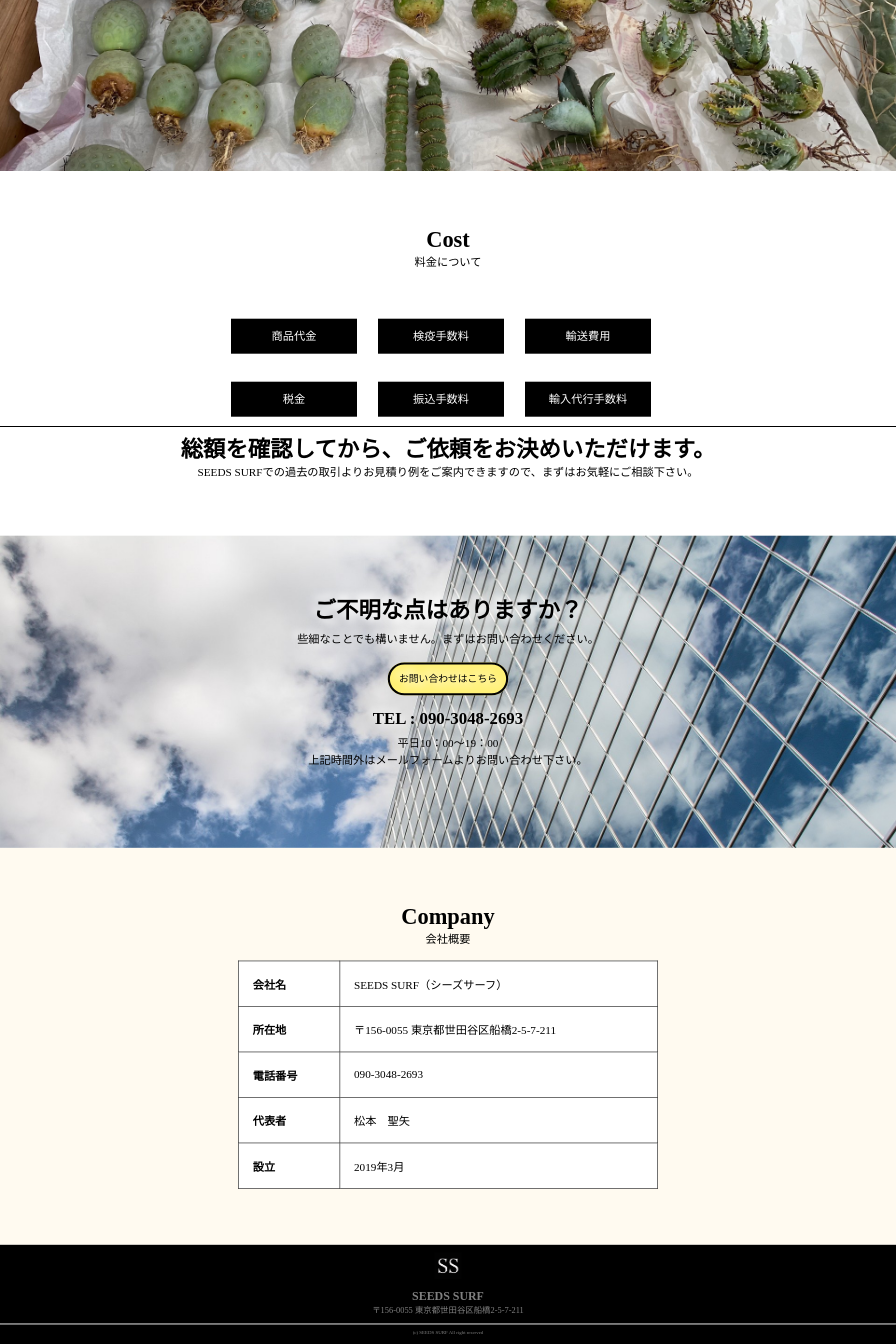
Repository: Seiya00002/seeds-surf-lp
Page: index.html
An editor plug-in stored every save of this project. The page is shown before and after the next save, followed by the edit.
The browser window is 1280 px wide. The pictures show the part of the page from y = 2296 to 4216 px (the page is 4216 px tall), at 70% of full size.

Above is the page before, as saved 2023-07-18 07:21:58.

After the next save:
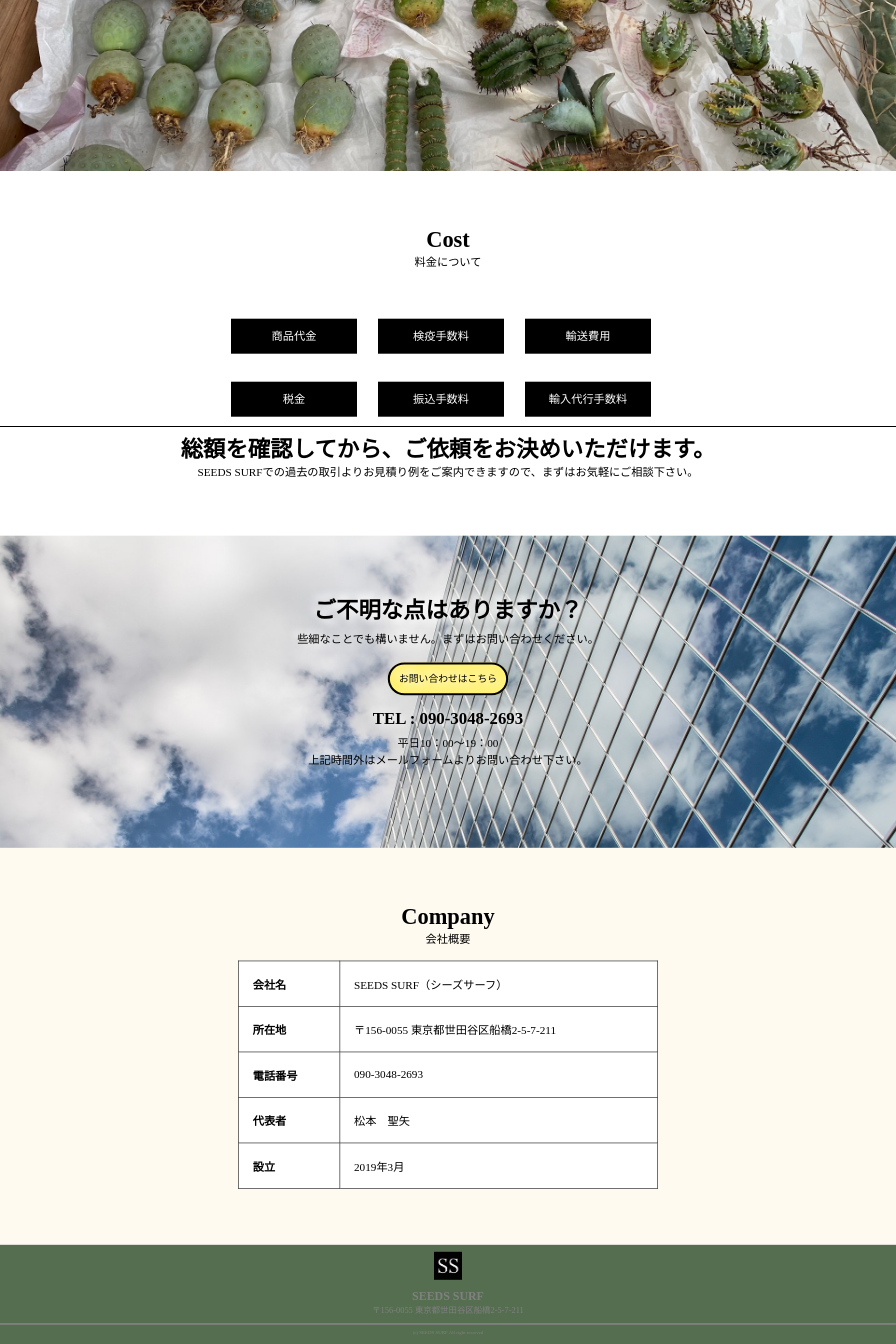
Saved 82 s later.
--- a/css/style.css
+++ b/css/style.css
@@ -295,7 +295,7 @@ th, td {
 /* footer */
 
 footer {
-    background-color: black;
+    background-color: rgb(85, 110, 80);
     color: gray;
     padding-bottom: 10px;
 
